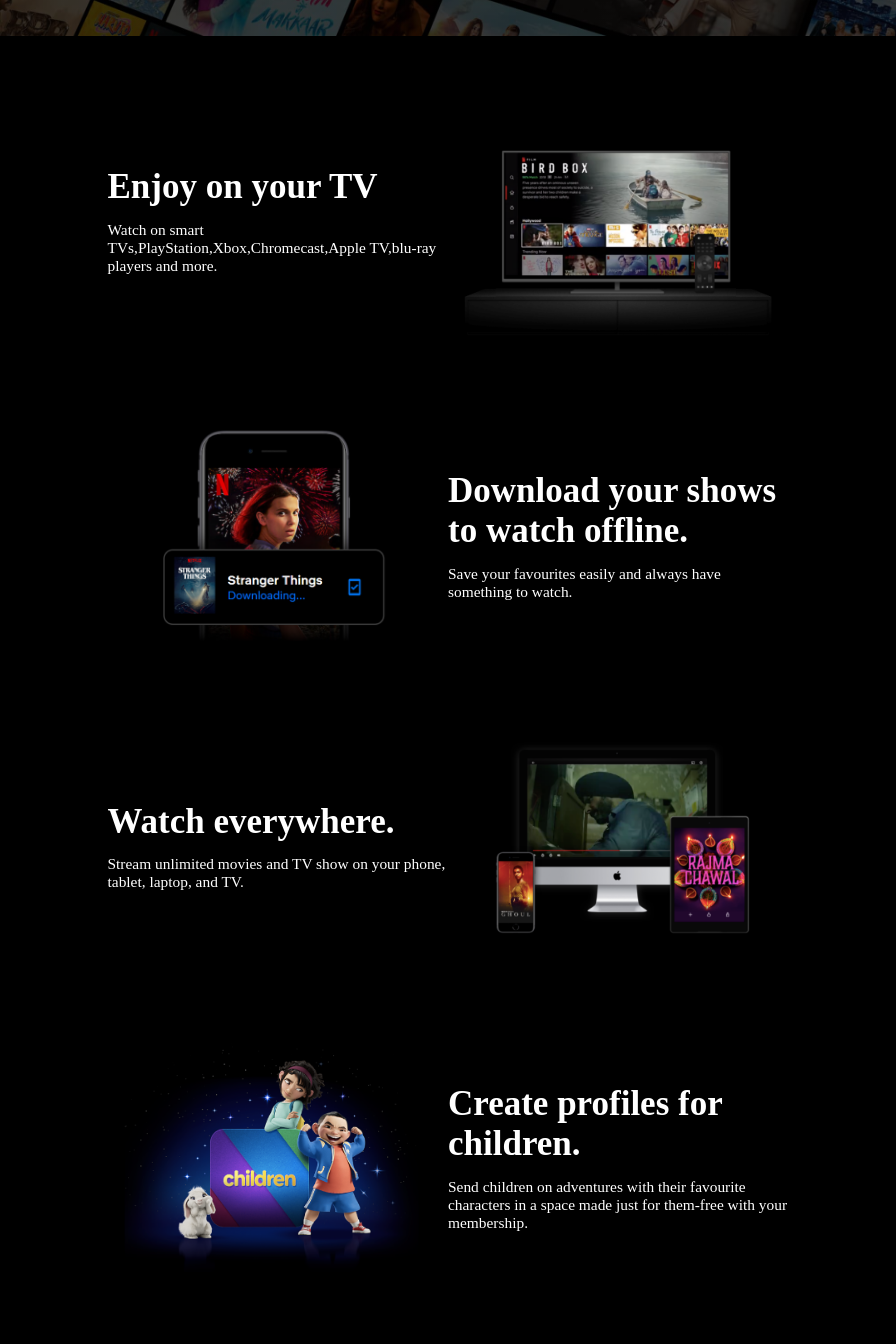
Repository: kiranjeetkaur01/netflixclone.github.io
Page: index.html
The author's editor kept a copy of each file at every save. The page is drawn from the files as they stood at one save, then again after a run of saves.
The browser window is 1280 px wide. The pictures show the part of the page from y = 669 to 2589 px (the page is 2606 px tall), at 70% of full size.

Above is the page before, as saved 2023-09-11 18:01:01.

After the next 2 saves:
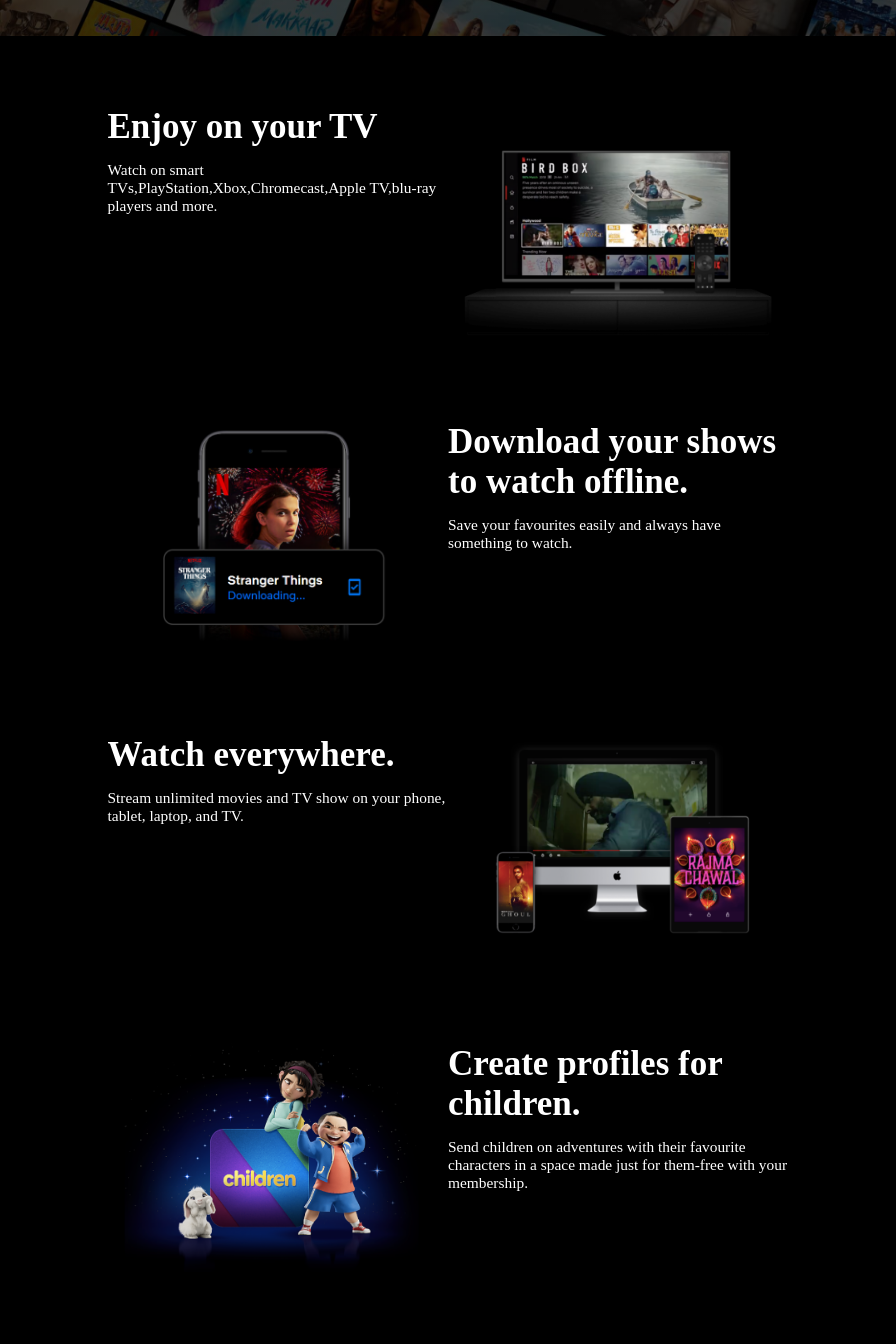
The 2 saves are shown as one change because they came seconds apart.
The last was saved 20 s later.
--- a/style.css
+++ b/style.css
@@ -104,8 +104,7 @@
 .row{
     display: flex;
     width: 100%;
-    align-items: center;
-    justify-content: space-between;
+    /* align-items: center; */
     flex-wrap: wrap;
     padding: 50px 0;
 }

After the save that followed:
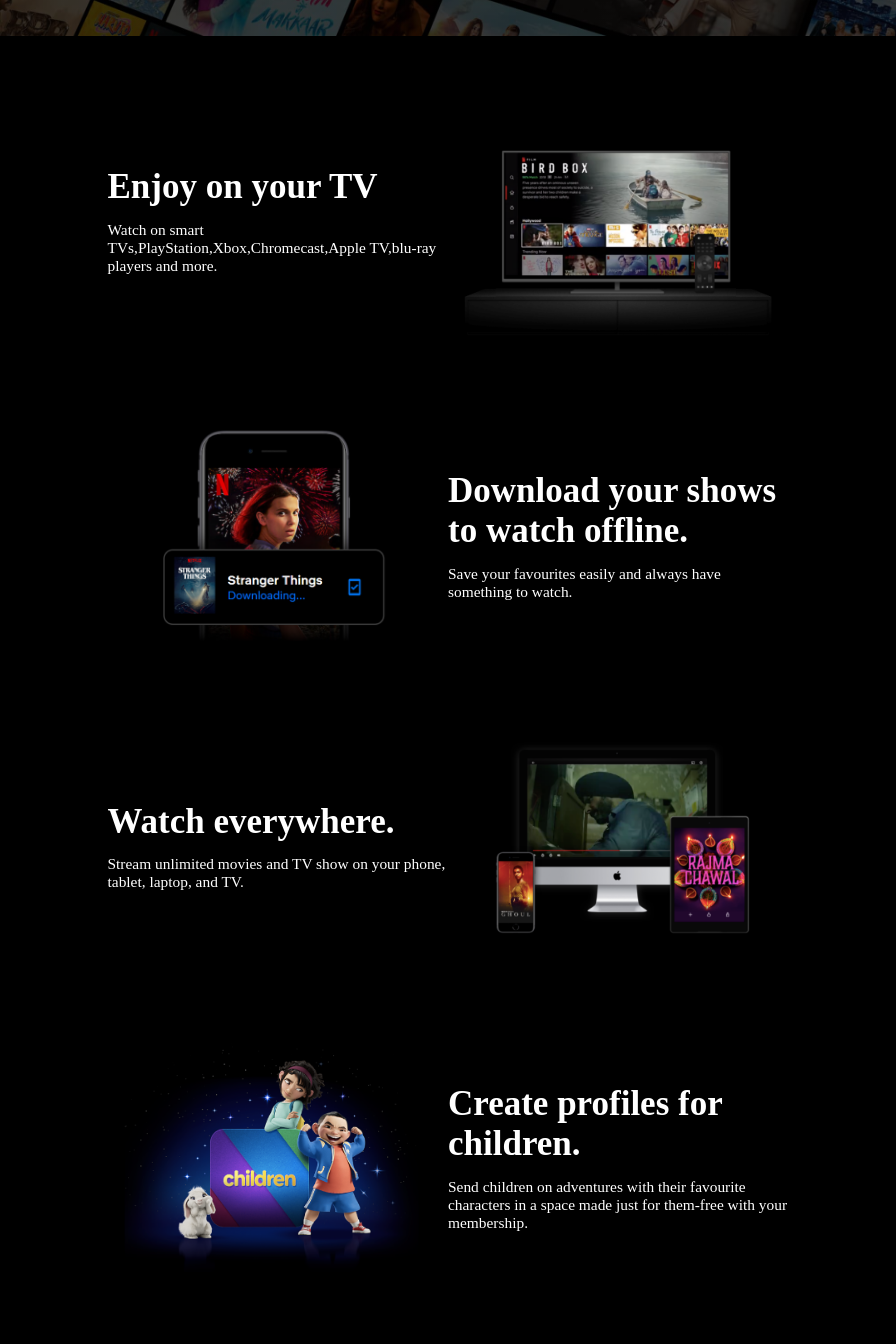
Saved 9 s later.
--- a/style.css
+++ b/style.css
@@ -104,7 +104,7 @@
 .row{
     display: flex;
     width: 100%;
-    /* align-items: center; */
+    align-items: center;
     flex-wrap: wrap;
     padding: 50px 0;
 }
